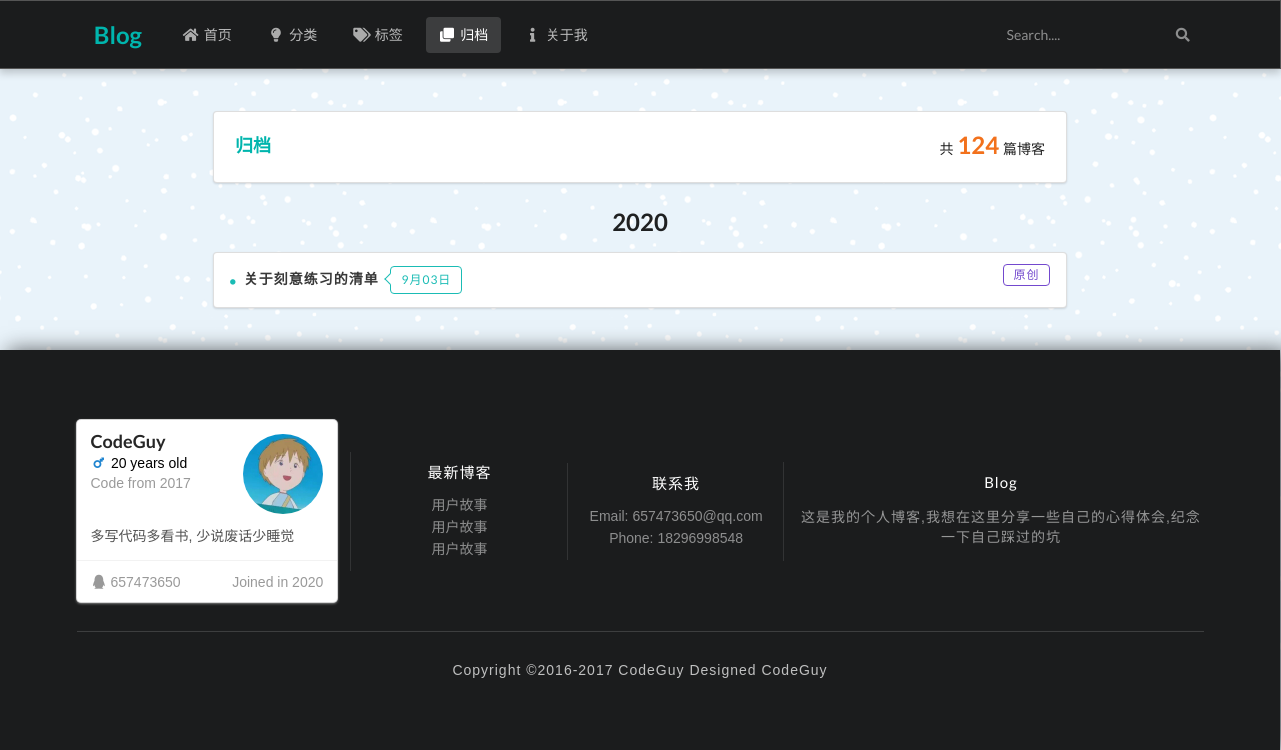
Repository: GOGOHQ/myblog
Page: archives.html
These files come from the project's save history. The page is drawn as it stood at one moment and after a run of saves; the edit follows.
The browser window is 1280 px wide. The page is 1281 px wide, so the pictures cover 1281 px, including what lies to the right of the window. The pictures show the whole page.
Some web libraries are served in a nearby version.

Above is the page before, as saved 2020-01-17 19:57:27.

After the next 2 saves:
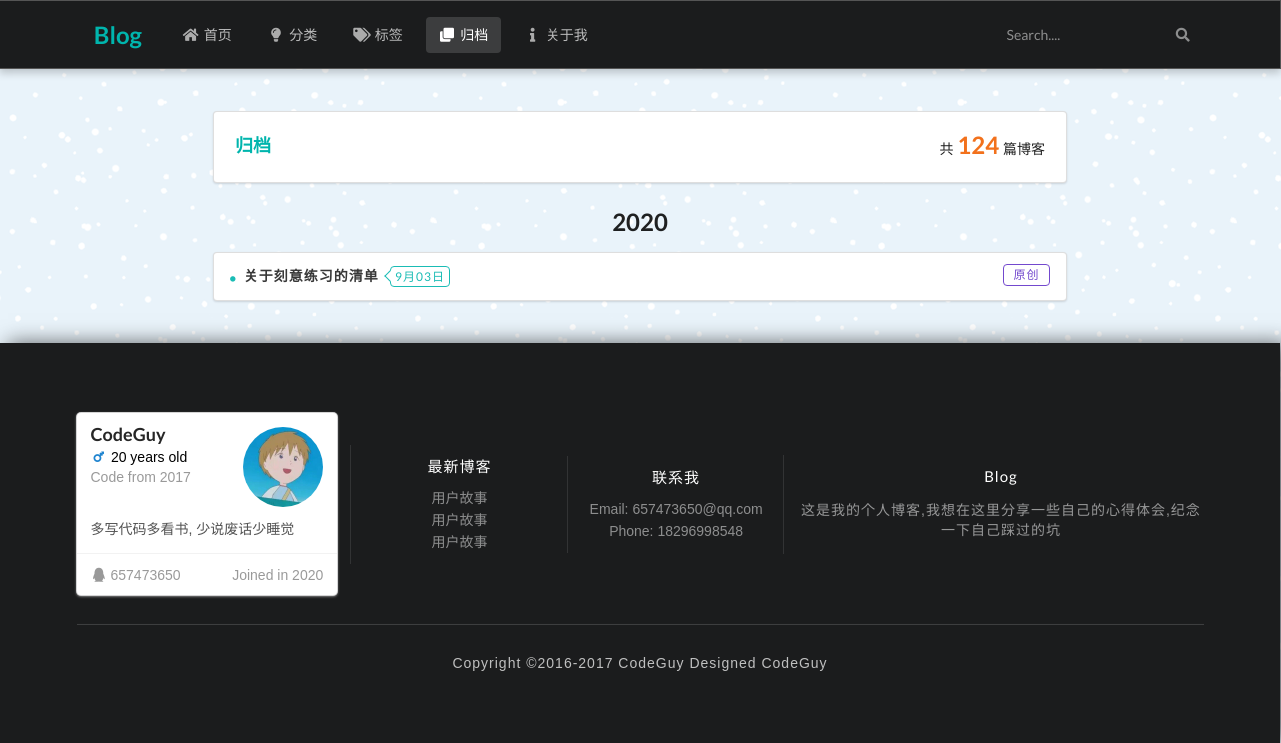
The 2 saves are shown as one change because they came seconds apart.
The last was saved 12 s later.
--- a/archives.html
+++ b/archives.html
@@ -53,7 +53,7 @@
         <div class="ui fluid vertical menu">
             <a class="item m-label-text-big" href="#" target="_blank">
                     <span><i class="ui teal circle icon mini"></i> 关于刻意练习的清单
-                    <div class="ui teal basic left pointing label  m-text-thin">9月03日</div>
+                    <div class="ui teal basic left pointing label m-padded-tiny m-text-thin">9月03日</div>
                     </span>
                 <div class="ui violet basic label m-text-thin">原创</div>
             </a>
